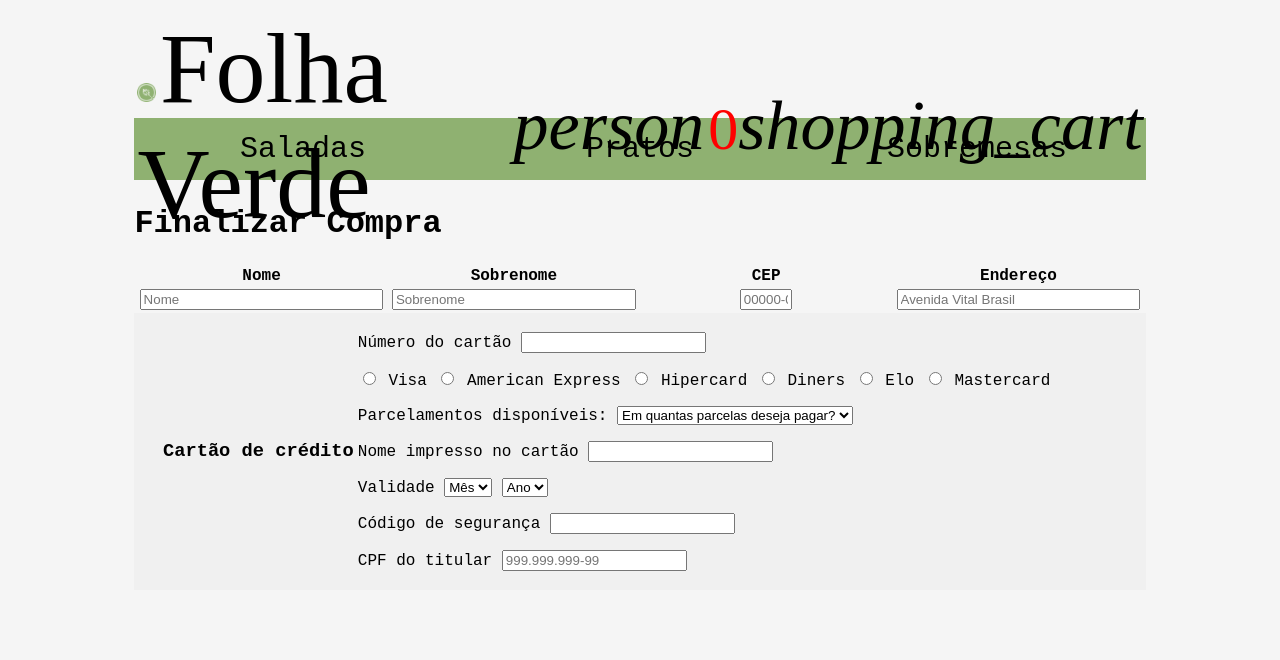
Repository: maaelphd/FolhaVerde
Page: http://localhost/FolhaVerde/Payment.jsp
The author's editor kept a copy of each file at every save. The page is drawn from the files as they stood at one save, then again after the next save.
The browser window is 1280 px wide. The pictures show the whole page.
Some web fonts or font styles are not loaded; a fallback is used. The page is served by Tomcat 9.

Above is the page before, as saved 2018-06-04 02:31:59.

After the next save:
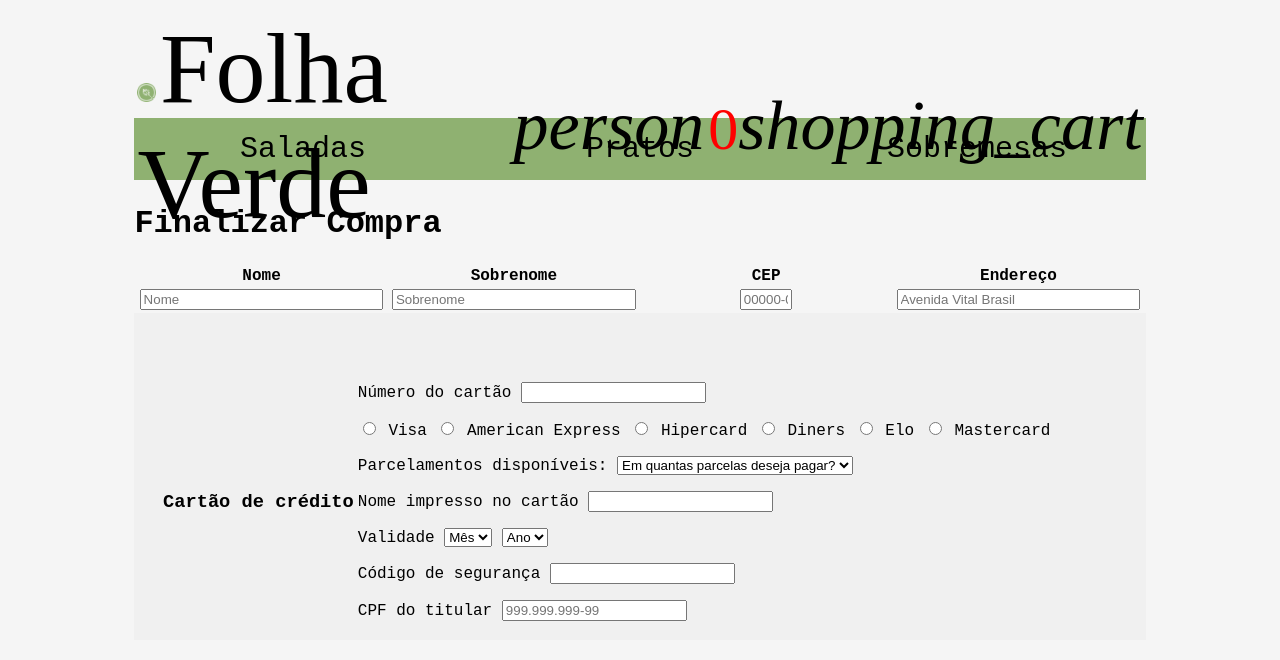
Saved 18 s later.
--- a/FolhaVerde/WebContent/CSS/Payment.css
+++ b/FolhaVerde/WebContent/CSS/Payment.css
@@ -44,6 +44,7 @@ body {
 
 .PaymentsChoiceTable {
 	margin: 0 auto;
+	padding-top: 5%;
 }
 
 .paymenTableTitle {
